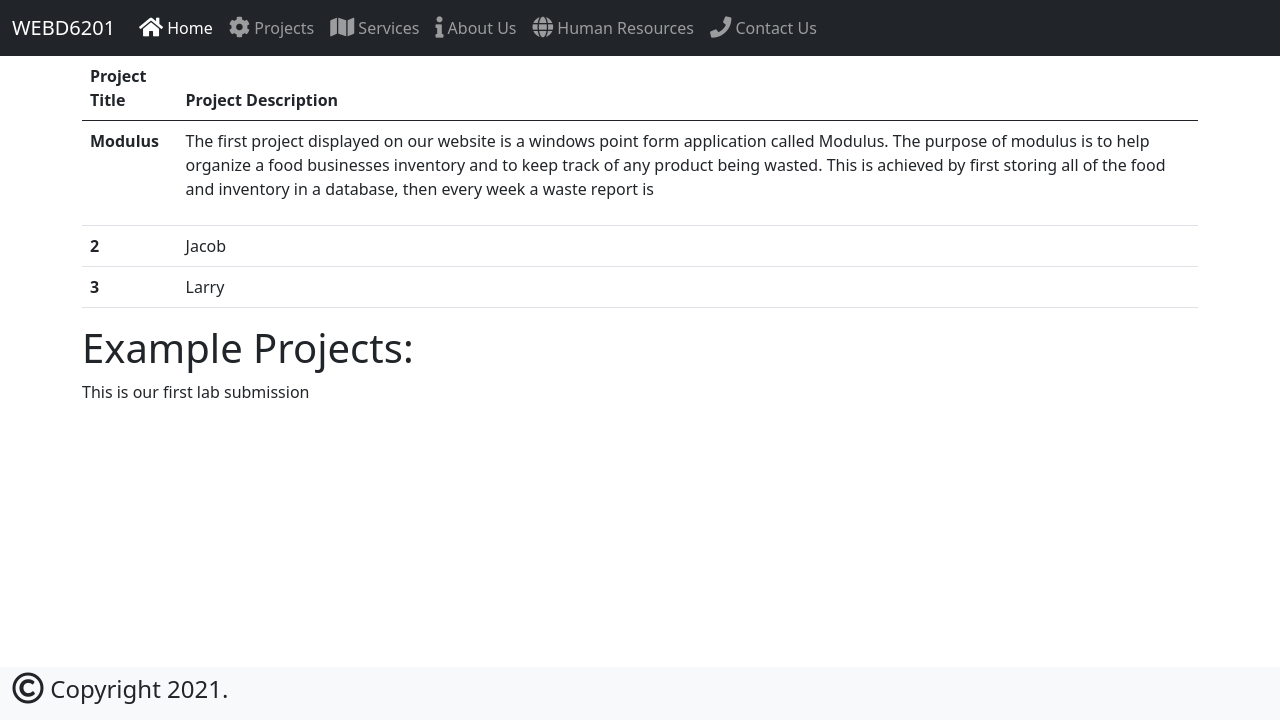
Repository: Sub4Sub/Lab_1
Page: products.html
The author's editor kept a copy of each file at every save. The page is drawn from the files as they stood at one save, then again after the next save.
The browser window is 1280 px wide. The pictures show the whole page.

Above is the page before, as saved 2021-02-05 16:05:48.

### products.html
<!DOCTYPE html>
<html lang="en">
<head>
    <meta charset="UTF-8">
    <meta name="viewport" content="width=device-width, initial-scale=1.0">
    <title>Products</title>
    <!-- CSS Section -->
    <link rel="stylesheet" href="./node_modules/bootstrap/dist/css/bootstrap.min.css">
    <link rel="stylesheet" href="./node_modules/@fortawesome/fontawesome-free/css/all.min.css">
    <link rel="stylesheet" href="./Content/app.css">
</head>
<body>
    <!-- Main Header -->

    <!-- Main Content -->
    <main class="container">
      <table class="table">
        <thead>
          <tr>
            <th scope="col">Project Title</th>
            <th scope="col">Project Description</th>
          </tr>
        </thead>
        <tbody>
          <tr>
            <th scope="row">Modulus</th>
            <td>
              <p>
                The first project displayed on our website is a windows point form application called Modulus. The purpose of modulus is to
                help organize a food businesses inventory and to keep track of any product being wasted. This is achieved by first storing all of
                the food and inventory in a database, then every week a waste report is
              </p>
            </td>
          </tr>
          <tr>
            <th scope="row">2</th>
            <td>Jacob</td>
          </tr>
          <tr>
            <th scope="row">3</th>
            <td>Larry</td>
          </tr>
        </tbody>
      </table>
    </main>



    <!-- Script Section-->
    <script src="./node_modules/jquery/dist/jquery.min.js"></script>
    <script src="./node_modules/bootstrap/dist/js/bootstrap.bundle.min.js"></script>
    <script src="./Scripts/app.js"></script>
</body>
</html>

### Scripts/app.js
/*
* Name: Brett Tindall & Emeka Okoisama
* Student Id: 100708109 &
* Date Completed: 2021-02-05
*/

"use strict";

//IIFE - Immediately Invoked Function Expression
(function()
{

    /*
      Function that displays the home page's content
    */
    function displayHome()
    {
        let indexHeading = document.createElement("h1");

        indexHeading.setAttribute("id", "indexHeading");
        indexHeading.textContent = `Welcome to lab 1`;

        let mainContent = document.querySelector("main");
        mainContent.appendChild(indexHeading);

        let newDivTag = document.createElement("div");
        newDivTag.innerHTML =
        `<h4>By Brett Tindall and Emeka Okoisama</h4>
        <p id="paragraphThree"> This is our first lab submission </p>`;


        mainContent.append(newDivTag);


    }

    function displayProjects()
    {
        let projectHeading = document.createElement("h1");

        projectHeading.setAttribute("id", "projectHeading");
        projectHeading.textContent = `Example Projects:`;

        let mainContent = document.querySelector("main");
        mainContent.appendChild(projectHeading);

        let newDivTag = document.createElement("div");
        newDivTag.innerHTML =
        `<p id="paragraphThree"> This is our first lab submission </p>`;


        mainContent.append(newDivTag);


    }

    /*
      Function that displays the contact page's content
    */
    function displayContact()
    {
      let contactHeading = document.createElement("h1");

      contactHeading.setAttribute("id", "contactHeading");
      contactHeading.textContent = "Enter a Contact";

      let mainContent = document.querySelector("main");
      mainContent.appendChild(contactHeading);

      let newDivTag = document.createElement("div");
      newDivTag.innerHTML =
      `<div id="messageArea"></div>

      <div class="row justify-content-lg-center g-3">
        <form class="col-lg-6 col-md-10 col-sm-10">

          <div class="input-group mb-3">
            <span class="input-group-text" id="inputGroup-sizing-default">Full Name </span>
            <input id="fullName" type="text" class="form-control" aria-label="Full Name" aria-describedby="Full Name Input"
            name="fullName" required>
          </div>

          <div class="input-group mb-3">
            <span class="input-group-text" id="inputGroup-sizing-default">Contact Number</span>
            <input id="contactNumber" type="tel" class="form-control" aria-label="Contact Number" aria-describedby="Contact Number Input"
            name="contactNumber" required>
          </div>

          <div class="input-group mb-3">
            <span class="input-group-text" id="inputGroup-sizing-default">Email</span>
            <input id="emailAddress" type="email" class="form-control" aria-label="Email Address" aria-describedby="Email Address Input"
            name="emailAddress" required>
          </div>

          <button id="sendButton" type="submit" class="btn btn-primary"><i class="fas fa-envelope fa-lg"></i> Send</button>
          <button id="cancelButton" type="reset" class="btn btn-warning"><i class="fas fa-undo fa-lg"></i> Cancel</button>
        </form>
      </div>`;

      mainContent.append(newDivTag);


      let sendButton = document.getElementById("sendButton");

        sendButton.addEventListener("click", function(event){

          window.location.href = './index.html';

        });

    }

    /*
      Function that displays the fixed footer at the bottom of the page
    */
   function displayHeader()
   {
     let mainContent = document.querySelector("body");

     //let sendButton = document.getElementById("body");

     let newFooterTag = document.createElement("header");

     newFooterTag.innerHTML =
     `
     <header>
      <!-- Main Navigation -->
      <nav class="navbar navbar-expand-lg navbar-dark bg-dark">
          <div class="container-fluid">
            <a class="navbar-brand" href="index.html">WEBD6201</a>
            <button class="navbar-toggler" type="button" data-bs-toggle="collapse" data-bs-target="#navbarSupportedContent" aria-controls="navbarSupportedContent" aria-expanded="false" aria-label="Toggle navigation">
              <span class="navbar-toggler-icon"></span>
            </button>
            <div class="collapse navbar-collapse" id="navbarSupportedContent">
              <ul class="navbar-nav me-auto mb-2 mb-lg-0" id ="headerList">
                <li class="nav-item">
                  <a class="nav-link active" aria-current="page" href="index.html"><i class="fas fa-home fa-lg"></i> Home</a>
                </li>

                <li class="nav-item">
                  <a class="nav-link" id="productsLink" aria-current="page" href="products.html"><i class="fas fa-cog fa-lg"></i> Products</a>
                </li>

                <li class="nav-item">
                  <a class="nav-link" aria-current="page" href="services.html"><i class="fas fa-map fa-lg"></i> Services</a>
                </li>

                <li class="nav-item" id="aboutUsList">
                  <a class="nav-link" id="aboutUsLink" aria-current="page" href="about.html"><i class="fas fa-info fa-lg"></i> About Us</a>
                </li>

                <li class="nav-item">
                  <a class="nav-link" aria-current="page" href="contact.html"><i class="fas fa-phone fa-lg"></i> Contact Us</a>
                </li>
              </ul>
            </div>
          </div>
        </nav>
  </header>
     `

     mainContent.prepend(newFooterTag);

   }

    /*
      Function that displays the fixed footer at the bottom of the page
    */
    function displayFooter()
    {
      let mainContent = document.querySelector("main");

      let newFooterTag = document.createElement("footer");

      newFooterTag.innerHTML =
      `
      <footer>
        <nav class="navbar fixed-bottom navbar-light bg-light">
            <div class="container-fluid">
              <h4><i class="far fa-copyright fa-lg"></i> Copyright 2021.</h4>
            </div>
          </nav>
    </footer>
      `

      mainContent.append(newFooterTag);

    }

    /*
      Function that adds a button to the human resources page
    */
    function addHumanResourcesButton()
    {

      let aboutUsLink = document.getElementById("aboutUsList");

      let newListItem = document.createElement("li");

      newListItem.innerHTML =
      `
      <li class="nav-item">
        <a class="nav-link" id="HumanResourcesLink" aria-current="page" href="human-resources.html"><i class="fas fa-globe fa-lg"></i> Human Resources</a>
      </li>
      `

      aboutUsLink.after(newListItem);

    }

    /*
      Function that changes the products button's text to projects
    */
   function alterProductsButton()
   {

    let productsButton = document.getElementById("headerList").childNodes[3];

    //productsButton.textContent = "Projects";

    let newListItem = document.createElement("li");

    newListItem.innerHTML =
   `
   <li class="nav-item">
               <a class="nav-link" aria-current="page" href="products.html"><i class="fas fa-cog fa-lg"></i> Projects</a>
             </li>
   `

    productsButton.replaceChild(newListItem, productsButton.childNodes[1]);

   }

   /*
      Function that run when the page loads
    */
    function Start()
    {
        console.log("App Started...");

        displayHeader();

        alterProductsButton();

        addHumanResourcesButton();

        switch (document.title)
        {
          case "Home":
              displayHome();
            break;
          case "About":
              displayAbout();
            break;
          case "Products":
              displayProjects();
            break;
          case "Services":
              displayServices();
            break;
          case "Contact":
              displayContact();
            break;
        }

    }

    displayFooter();

    window.addEventListener("load", Start);

})();

Loaded but not shown: node_modules/bootstrap/dist/css/bootstrap.min.css (library); node_modules/@fortawesome/fontawesome-free/css/all.min.css (library); node_modules/jquery/dist/jquery.min.js (library); node_modules/bootstrap/dist/js/bootstrap.bundle.min.js (library); Content/app.css (no stored copy; drawn as an empty file)

After the next save:
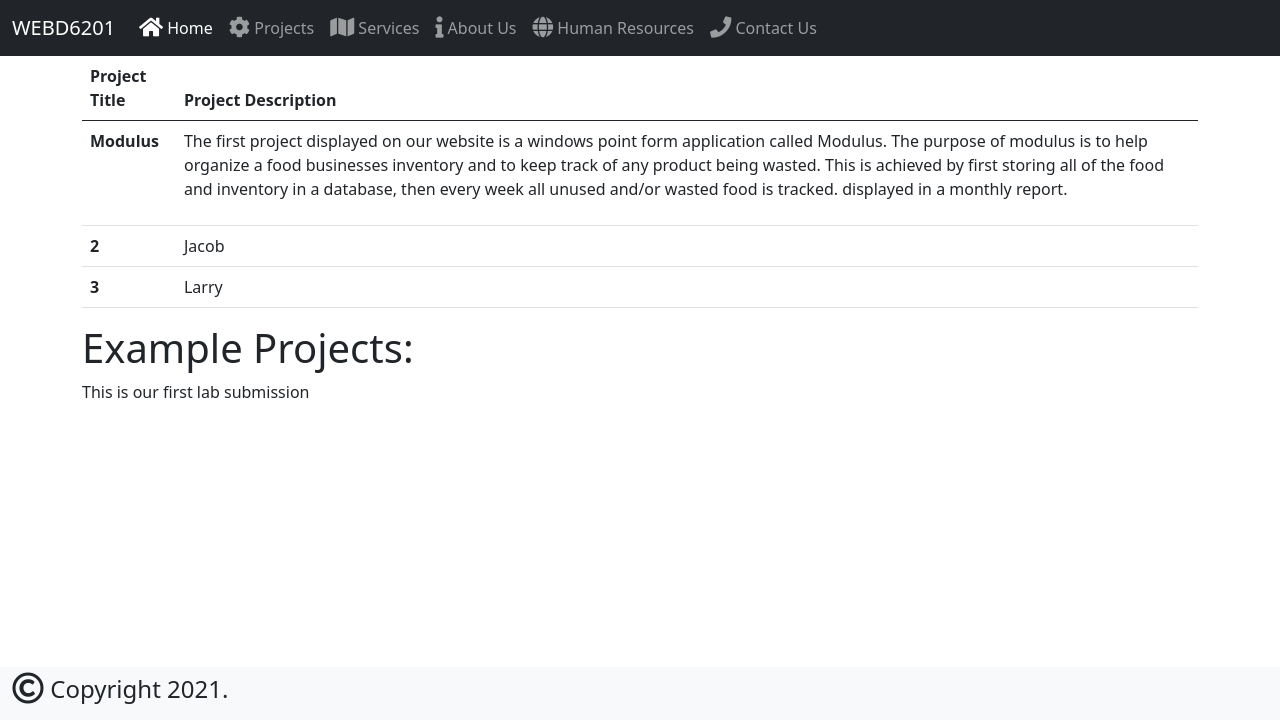
Saved 90 s later.
--- a/products.html
+++ b/products.html
@@ -28,7 +28,7 @@
               <p>
                 The first project displayed on our website is a windows point form application called Modulus. The purpose of modulus is to
                 help organize a food businesses inventory and to keep track of any product being wasted. This is achieved by first storing all of
-                the food and inventory in a database, then every week a waste report is
+                the food and inventory in a database, then every week all unused and/or wasted food is tracked. displayed in a monthly report.
               </p>
             </td>
           </tr>
